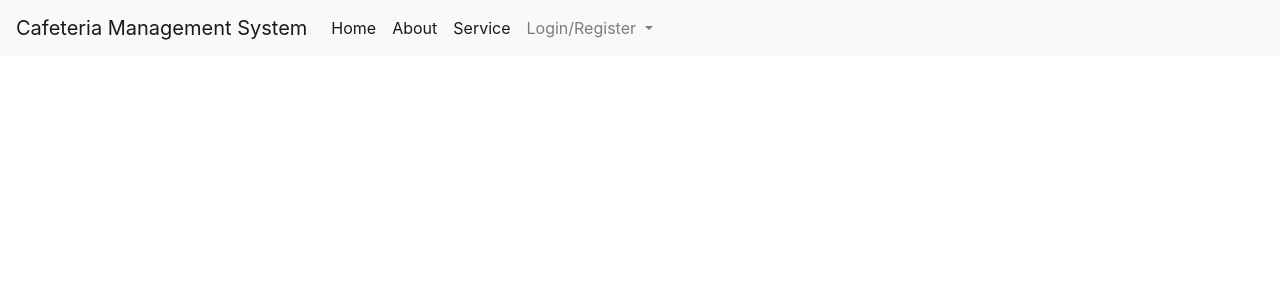
Repository: OsamaRaees/Trivia
Page: http://localhost/Trivia/
These files come from the project's save history. The page is drawn as it stood at one moment and after the next save; the edit follows.
The browser window is 1280 px wide. The pictures show the whole page.
The page is served by Tomcat 9.

Above is the page before, as saved 2019-04-05 04:48:49.

After the next save:
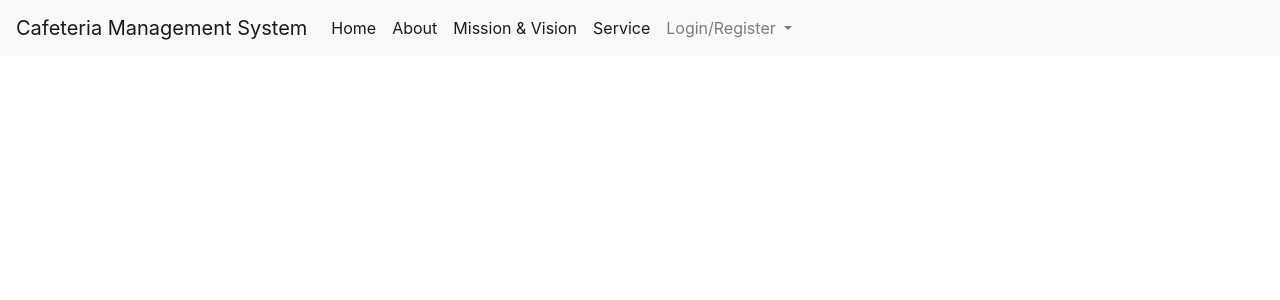
Saved 42 s later.
--- a/Trivia/WebContent/Main.jsp
+++ b/Trivia/WebContent/Main.jsp
@@ -25,6 +25,10 @@
         <a class="nav-link" href="About.jsp">About <span class="sr-only">(current)</span></a>
       </li>
 
+      <li class="nav-item active">
+        <a class="nav-link" href="About.jsp">Mission & Vision <span class="sr-only">(current)</span></a>
+      </li>
+
        <li class="nav-item active">
         <a class="nav-link" href="#">Service <span class="sr-only">(current)</span></a>
       </li>
